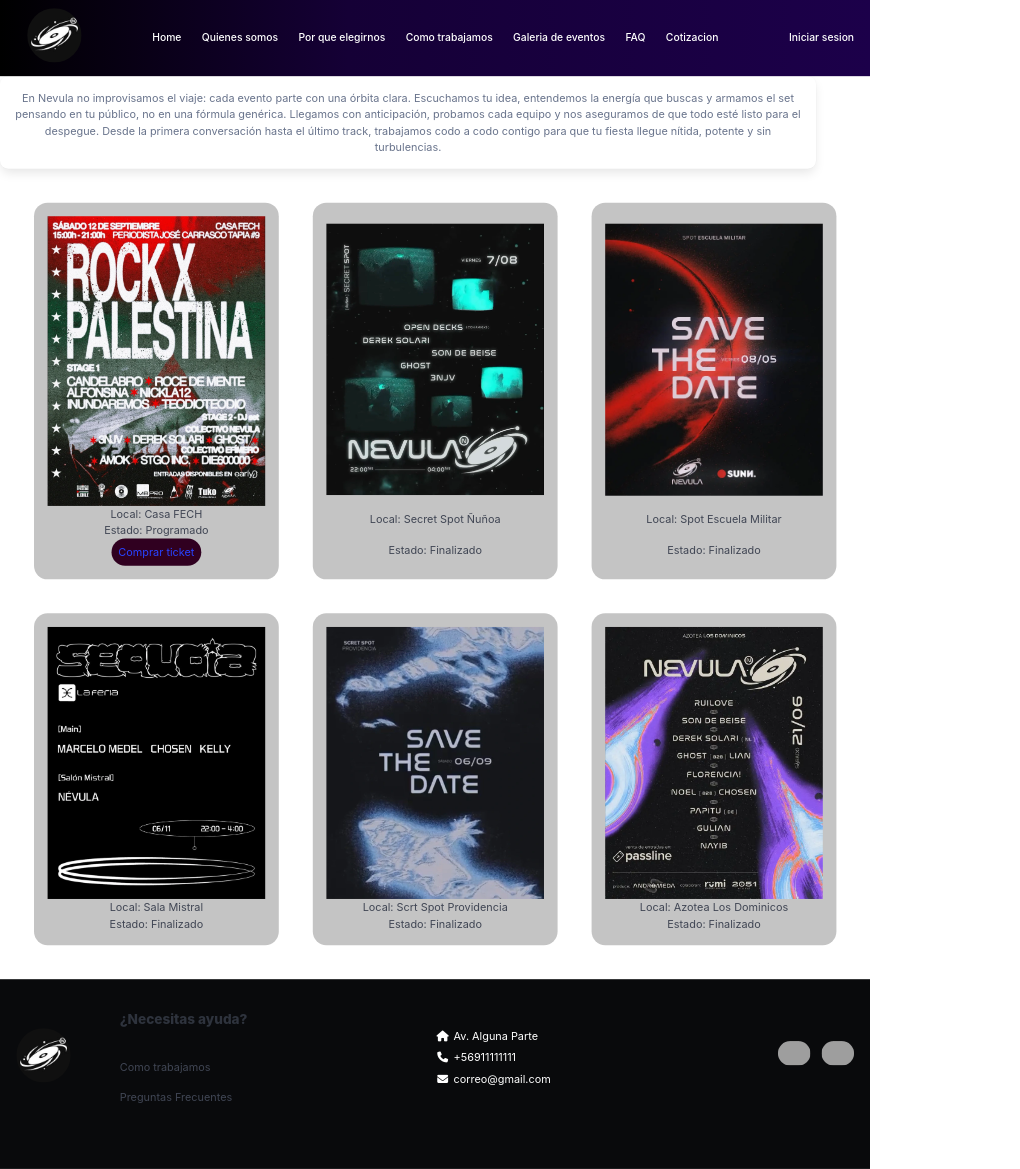
Repository: ChrisMalhue/PaginaNebula
Page: pages/eventos.html
An editor plug-in stored every save of this project. The page is shown before and after the next save, followed by the edit.
The browser window is 1280 px wide. The page is 1280 px wide, then 1500 px, so the pictures cover 1500 px, including what lies to the right of the window. The pictures show the whole page, at 68% of full size.
Pictures or frames that could not be fetched are drawn as grey boxes.

Above is the page before, as saved 2026-09-09 21:53:08.

After the next save:
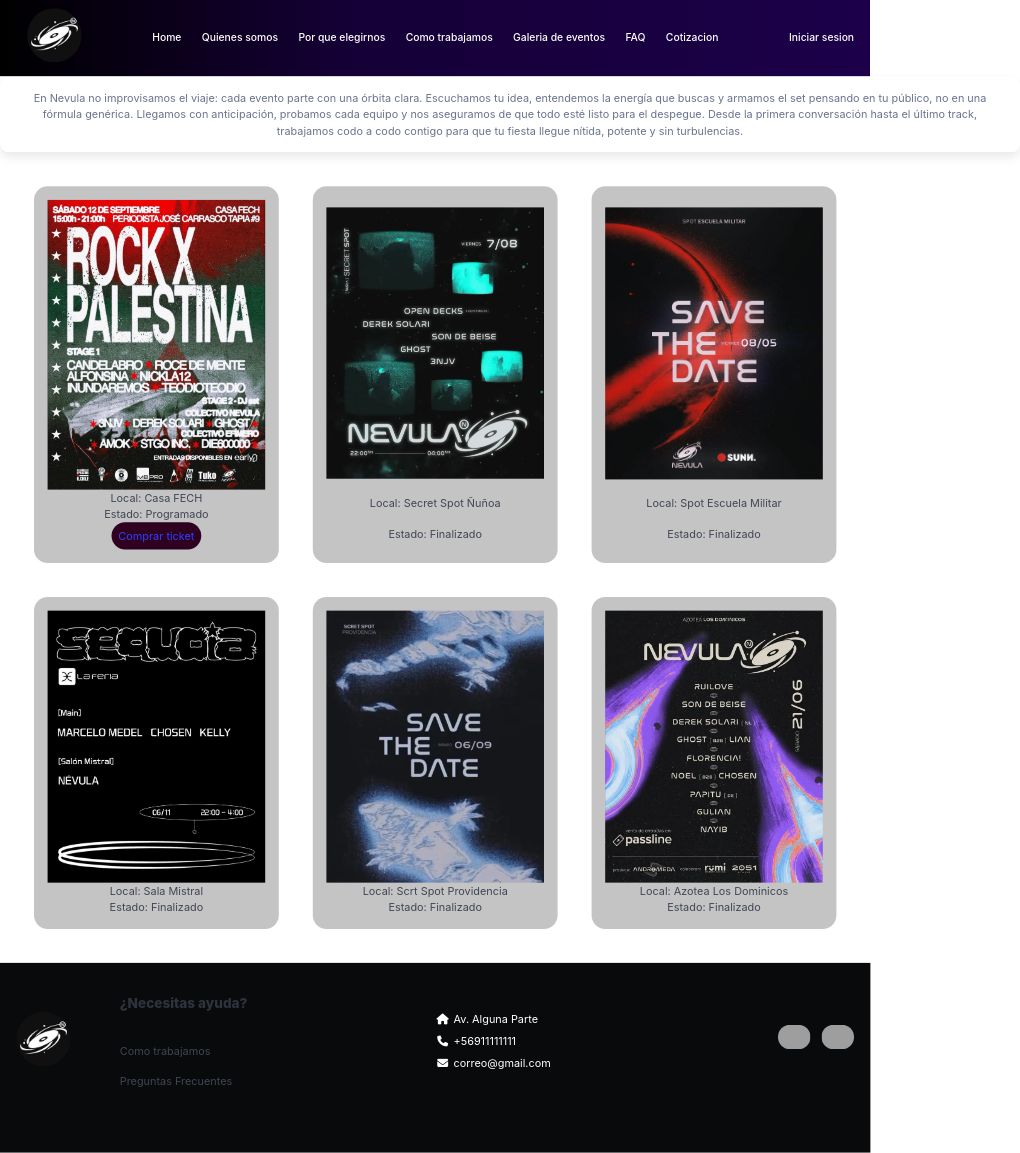
Saved 5 s later.
--- a/styles/style.css
+++ b/styles/style.css
@@ -191,7 +191,7 @@
 }
 
 .trabajamos-item{
-  width: 1200px;
+  width: 1500px;
 }
 
 .trabajamos-respuesta{
